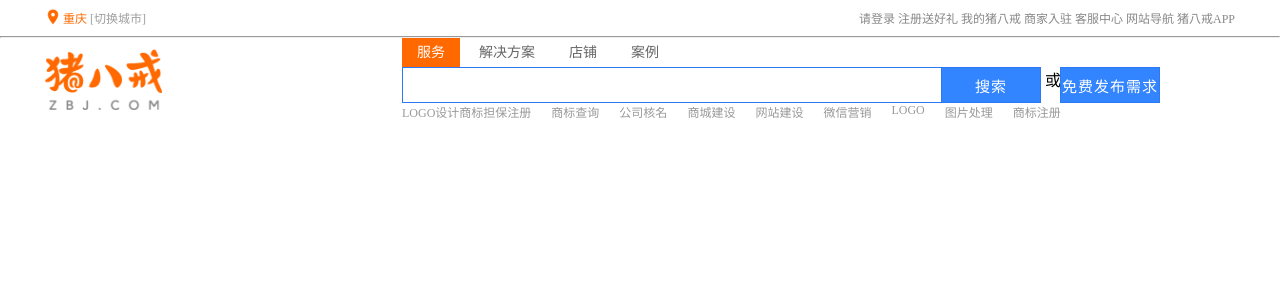
Repository: 13982720426/zbj
Page: HTML/index.html
The author's editor kept a copy of each file at every save. The page is drawn from the files as they stood at one save, then again after a run of saves.
The browser window is 1280 px wide. The pictures show the whole page.

Above is the page before, as saved 2021-07-15 15:25:55.

### HTML/index.html
<!DOCTYPE html>
<html lang="en">
  <head>
    <meta charset="UTF-8" />
    <meta http-equiv="X-UA-Compatible" content="IE=edge" />
    <meta name="viewport" content="width=device-width, initial-scale=1.0" />
    <title>猪八戒网重庆站-中国领先的企业服务平台</title>
    <link rel="stylesheet" type="image/x-icon" href="./imgs/favicon.ico" />
    <link rel="stylesheet" type="text/css" href="css/index.css" />
  </head>
  <body>
    <div class="header-top">
      <div class="header-top-left">
        <div class="location-icon">
          <span class="tl1">重庆</span>
          <span class="tl2">[切换城市]</span>
        </div>
      </div>
      <div class="haeder-top-right">
        <span class="tr1">请登录</span>
        <span class="tr2">注册送好礼</span>
        <span class="tr3">我的猪八戒</span>
        <span class="tr4">商家入驻</span>
        <span class="tr5">客服中心</span>
        <span class="tr6">网站导航</span>
        <span class="tr7">猪八戒APP</span>
      </div>
    </div>
    <hr />
    <div class="header-bd-wrap header-bd-wrap-fixed">
      <div class="header-bd-wrap-content">
        <div class="header-bd-wrap-l">
          <img class="logo-img" src="./imgs/newlogo_5b91b4a.png" alt="猪八戒" />
        </div>
        <div class="header-bd-wrap-r">
          <div class="header-bd-wrap-menu">
            <ul>
              <li><a href="">服务</a></li>
              <li><a href="">解决方案</a></li>
              <li><a href="">店铺</a></li>
              <li><a href="">案例</a></li>
            </ul>
          </div>
          <div class="header-bd-wrap-search">
            <form action="">
              <input class="search-input" type="text" name="" id="" />
              <button class="search-button">搜索</button>
              <span class="huo">或</span>
              <button class="search-button">免费发布需求</button>
            </form>
          </div>

          <div class="header-bd-wrap-nav">
            <a href="https://zt.zbj.com/sl/re/splkkegq" target="_blank">LOGO设计商标担保注册</a>
            <a href="https://zt.zbj.com/sl/re/spl4eino" target="_blank">商标查询</a>
            <a href="https://zt.zbj.com/sl/re/splhj5w7" target="_blank">公司核名</a>
            <a href="//search.zbj.com/f/?kw=%E5%95%86%E5%9F%8E%E5%BB%BA%E8%AE%BE" target="_blank">
              商城建设
            </a>
            <a href="//search.zbj.com/f/?kw=%E7%BD%91%E7%AB%99%E5%BB%BA%E8%AE%BE" target="_blank">
              网站建设
            </a>
            <a href="//search.zbj.com/f/?kw=%E5%BE%AE%E4%BF%A1%E8%90%A5%E9%94%80" target="_blank">
              微信营销
            </a>
            <a href="//search.zbj.com/f/?kw=LOGO" target="_blank">LOGO</a>
            <a href="//search.zbj.com/f/?kw=%E5%9B%BE%E7%89%87%E5%A4%84%E7%90%86" target="_blank">
              图片处理
            </a>
            <a
              href="https://tg.ipr.zbj.com/trademark/sbzc/?_union_identify=21&_union_uid=7223946&_union_itemid=1735120&fr=kwrecom"
              target="_blank"
            >
              商标注册
            </a>
          </div>
        </div>
      </div>
    </div>
  </body>
</html>

### HTML/css/index.css
* {
  margin: 0;
  padding: 0;
}
.header-top {
  display: flex;
  align-items: center;
  margin: 0 auto;
  height: 36px;
  width: 1190px;
  color: #888;
  font-size: 12px;
}
.location-icon {
  display: inline-block;
  padding-left: 18px;
  background-repeat: no-repeat;
  background-size: 16px;
  background-image: url('data:[embedded picture, 1182 characters]');
}
.tl1 {
  color: #ff6900;
}
.tl2 {
  color: #9e9e9e;
}
.header-top-left {
  flex: 1;
}
.header-top-right {
  flex: 1;
}
.header-bd-wrap {
  width: 100%;
}
.header-bd-wrap.header-bd-wrap-fixed {
}
.header-bd-wrap-content {
  width: 1190px;
  margin: 0 auto;
  display: flex;
  align-items: center;
  justify-content: center;
}
.header-bd-wrap-l {
  flex: 30%;
}
.header-bd-wrap-r {
  flex: 70%;
}
.header-bd-wrap-menu {
  padding: 0;
  margin: 0;
  /* list-style: none; */
  top: -28px;
  left: 0;
  /* background: #fff; */
  width: 440px;
  border: 0;
}
.header-bd-wrap-menu li {
  line-height: 28px;
  padding: 0 15px;
  /* list-style: none; */
  padding: 0;
  margin: 0;
  display: inline-block;
}
.header-bd-wrap-menu li:first-child {
  color: #fff;
  background: #ff6900;
}
.header-bd-wrap-menu li:first-child a {
  color: #fff;
}

.header-bd-wrap-menu a {
  font-size: 14px;
  margin: 15px;
  color: #666;
  text-decoration: none;
}
.header-bd-wrap-nav a {
  text-decoration: none;
  margin-right: 20px;
  font-size: 12px;
  color: #999;
  display: block;
  float: left;
  text-decoration: none;
  transition: 0.3s;
}
.logo-img {
  float: left;
  max-width: 117px;
  max-height: 61px;
  margin-right: 20px;
}
.search-input {
  width: 540px;
  height: 36px;
  box-sizing: border-box;
  border: 1px solid #2d78f4;
  vertical-align: top;
}
.search-button {
  width: 100px;
  height: 36px;
  color: #ffffff;
  background-color: #3385ff;
  font-size: 15px;
  border: 1px solid #2d78f4;
  margin-left: -5px;
  letter-spacing: 1px;
  vertical-align: top;
}

After the next 2 saves:
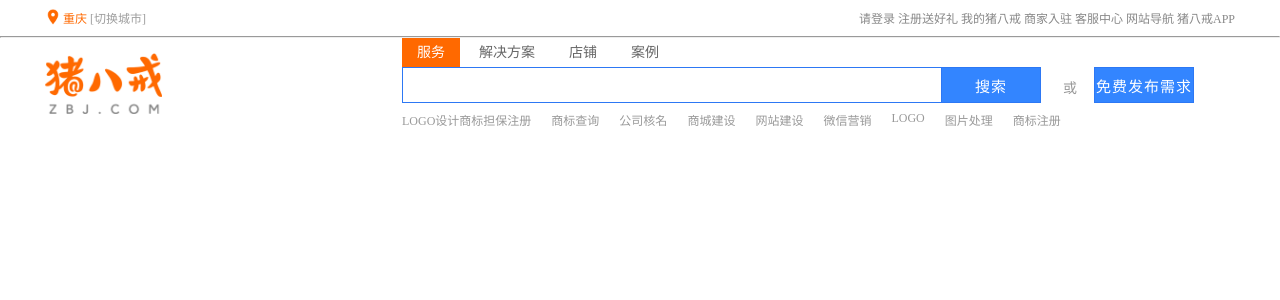
The 2 saves are shown as one change because they came seconds apart.
The last was saved 57 s later.
--- a/HTML/css/index.css
+++ b/HTML/css/index.css
@@ -103,6 +103,14 @@
   border: 1px solid #2d78f4;
   vertical-align: top;
 }
+.huo {
+  display: inline-block;
+  width: 50px;
+  text-align: center;
+  line-height: 44px;
+  color: #999;
+  font-size: 14px;
+}
 .search-button {
   width: 100px;
   height: 36px;
